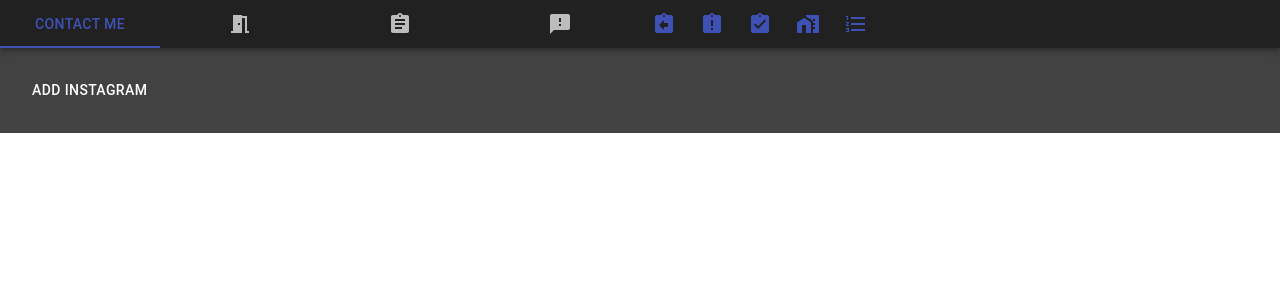
Repository: hossamsulleman1/CONTACTME
Page: / (app in my-app/)
The author's editor kept a copy of each file at every save. The page is drawn from the files as they stood at one save, then again after the next save.
The browser window is 1280 px wide. The pictures show the whole page.
The project was rebuilt for these pictures with package versions that can differ from the ones it lists, and the page was loaded fresh each time. Also part of the build but not shown: my-app/src/Components/ProfileFolder/FriendsAvatarList.jsx, my-app/src/Components/ProfileFolder/Content.jsx, my-app/src/Components/Preview.jsx, my-app/src/Components/BottomNav.jsx.

Above is the page before, as saved 2020-11-09 11:14:28.

After the next save:
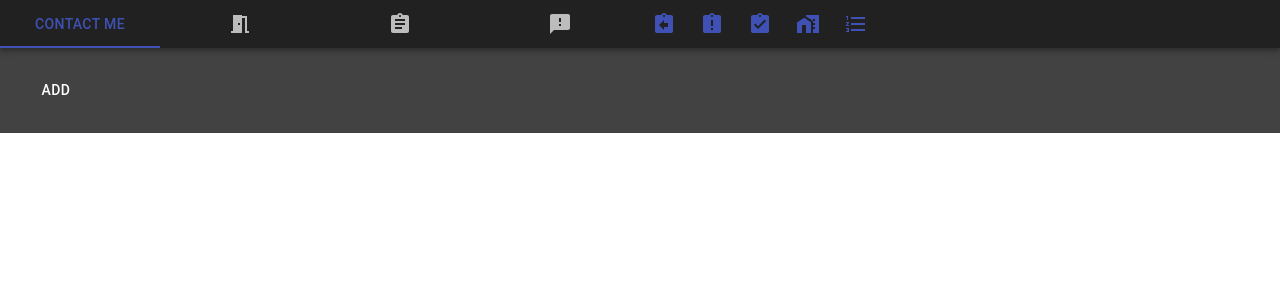
Saved 16 s later.
--- a/my-app/src/Components/IconNav.jsx
+++ b/my-app/src/Components/IconNav.jsx
@@ -170,7 +170,7 @@ export default function IconNav() {
       </TabPanel> */}
 
       <TabPanel value={value} index={0}>
-        <PageProp name="facebook" name="Instagram"></PageProp>
+        <PageProp ></PageProp>
       </TabPanel>
 
       <TabPanel value={value} index={1}>
